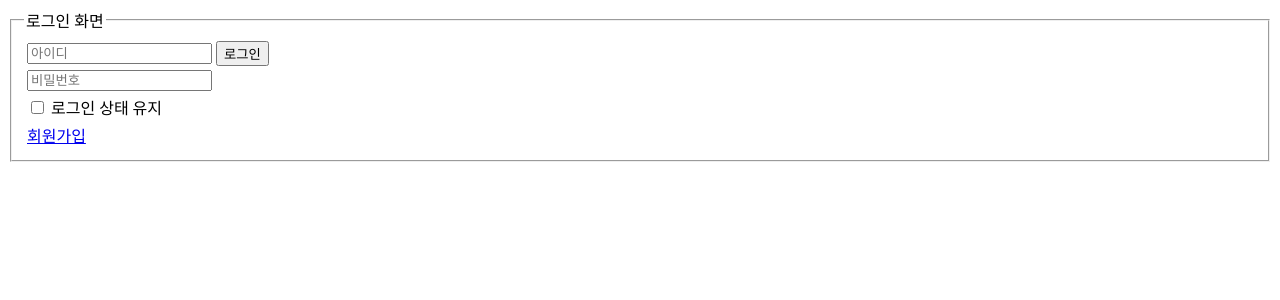
Repository: Scoobi-wisdoom/web
Page: d011/web/index.html
The author's editor kept a copy of each file at every save. The page is drawn from the files as they stood at one save, then again after the next save.
The browser window is 1280 px wide. The pictures show the whole page.

Above is the page before, as saved 2020-08-05 08:02:58.

### d011/web/index.html
<!DOCTYPE html>
<html>
<head>
<meta charset="EUC-KR">
<title>Insert title here</title>
</head>
<body>

<form action="login" method="GET">
	<fieldset>
	<legend>로그인 화면</legend>
	<table>
		<tbody>
			<tr>
				<td colspan="2">
					<input type="text" name="id" size=20 placeholder="아이디">
				</td>
				<td>
					<input type="submit" value="로그인">
				</td>
			</tr>
			<tr>
				<td>
					<input type="text" name="pwd" size= 20 placeholder="비밀번호">
				</td>
			</tr>
			<tr>
				<td>
					<input type="checkbox" name="c1"> 로그인 상태 유지
				</td>
			</tr>
			<tr>
				<td>
					<a href="/register.html">회원가입</a>
					<a href="
				</td>
			</tr>
		</tbody>

	</table>
	</fieldset>
</form>

</body>
</html>

After the next save:
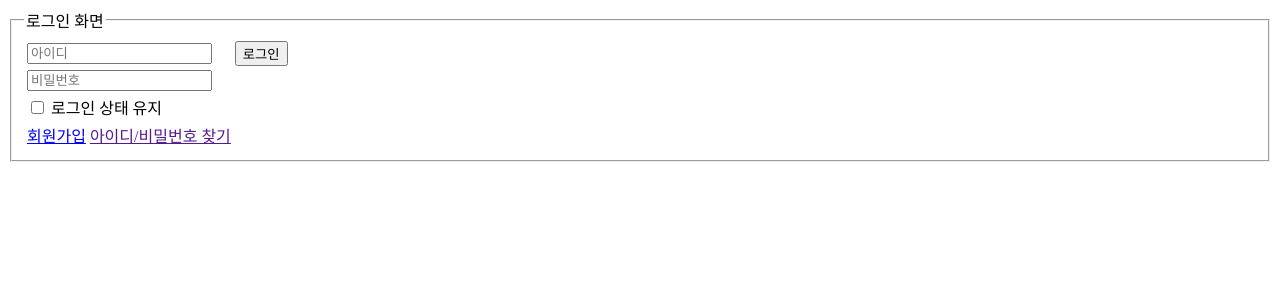
Saved 25 s later.
--- a/d011/web/index.html
+++ b/d011/web/index.html
@@ -32,7 +32,7 @@
 			<tr>
 				<td>
 					<a href="/register.html">회원가입</a>
-					<a href="
+					<a href="">아이디/비밀번호 찾기</a>
 				</td>
 			</tr>
 		</tbody>
